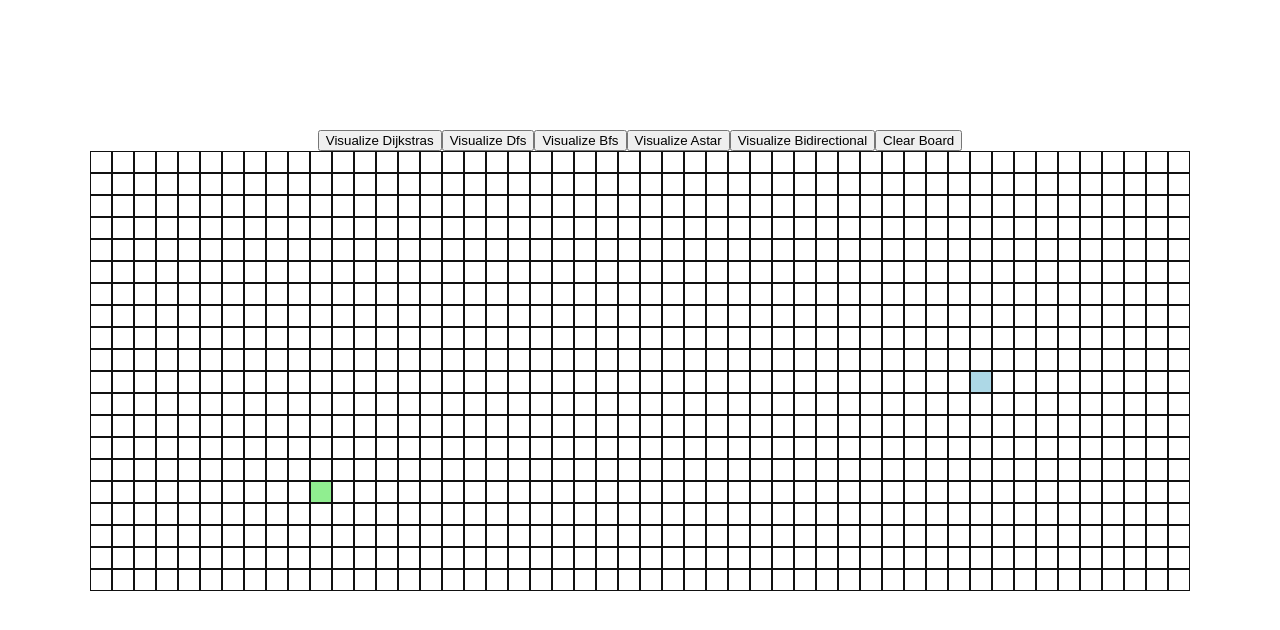
Repository: rehans-Life/Pathfinding-Visualizer
Page: /
The author's editor kept a copy of each file at every save. The page is drawn from the files as they stood at one save, then again after the next save.
The browser window is 1280 px wide. The pictures show the whole page.
The project was rebuilt for these pictures with package versions that can differ from the ones it lists, and the page was loaded fresh each time. The framework's server and built-in components were replaced by stand-ins that run in the browser. Also part of the build but not shown: next.config.js.

Above is the page before, as saved 2023-03-10 10:13:49.

After the next save:
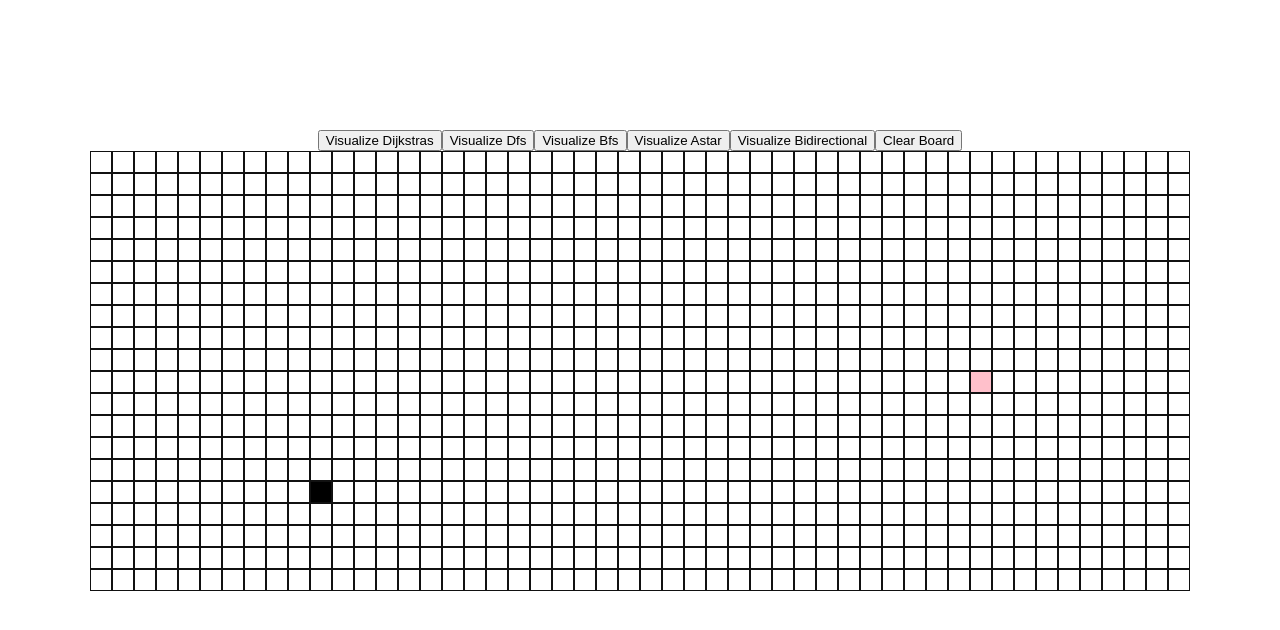
Saved 72 s later.
--- a/styles/Home.module.css
+++ b/styles/Home.module.css
@@ -24,24 +24,24 @@
   padding: 10px;
   border: 1px solid #111;
   width: 10px;
-  background-color: lightgreen;
+  background-color: black;
 }
 .visited {
-  background-color: yellowgreen;
+  background-color: lightslategray;
   padding: 10px;
   border: 1px solid #111;
   width: 10px;
 }
 
 .wall {
-  background-color: darkcyan;
+  background-color: darkslateblue;
   padding: 10px;
   border: 1px solid #111;
   width: 10px;
 }
 
 .inPath {
-  background-color: burlywood;
+  background-color: royalblue;
   padding: 10px;
   border: 1px solid #111;
   width: 10px;
@@ -51,5 +51,5 @@
   padding: 10px;
   border: 1px solid #111;
   width: 10px;
-  background-color: lightblue;
+  background-color: pink;
 }
